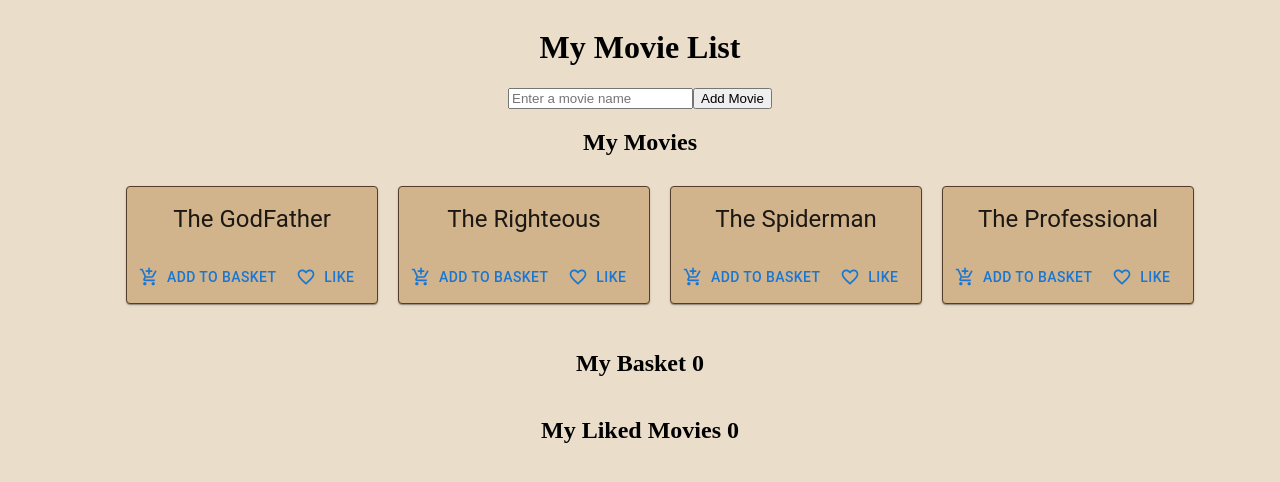
Repository: sinchana-p-iVoyant/redux-movie-store
Page: /
An editor plug-in stored every save of this project. The page is shown before and after the next save, followed by the edit.
The browser window is 1280 px wide. The pictures show the whole page.
The project was rebuilt for these pictures with package versions that can differ from the ones it lists, and the page was loaded fresh each time. Also part of the build but not shown: vite.config.ts.

Above is the page before, as saved 2024-02-15 12:31:24.

After the next save:
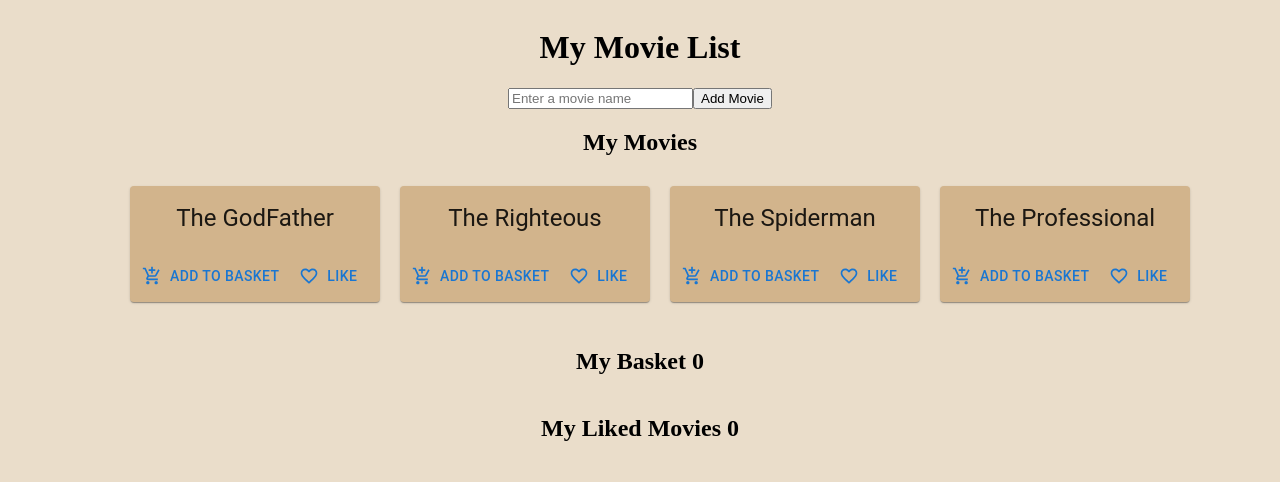
Saved 7 s later.
--- a/src/App.tsx
+++ b/src/App.tsx
@@ -73,7 +73,7 @@
         <h2>My Movies</h2>
         <ul className="movie-list">
           {movies.map((movie: Movie, index) => (
-            <Card key={index} className="movie-card" style={{backgroundColor: "#D2B48C", border: '1px solid #553c2b'}}>
+            <Card key={index} className="movie-card" style={{backgroundColor: "#D2B48C", border: '#553c2b'}}>
               <CardContent>
                 <Typography variant="h5" component='h2'>
                   {movie.title}

After the save that followed:
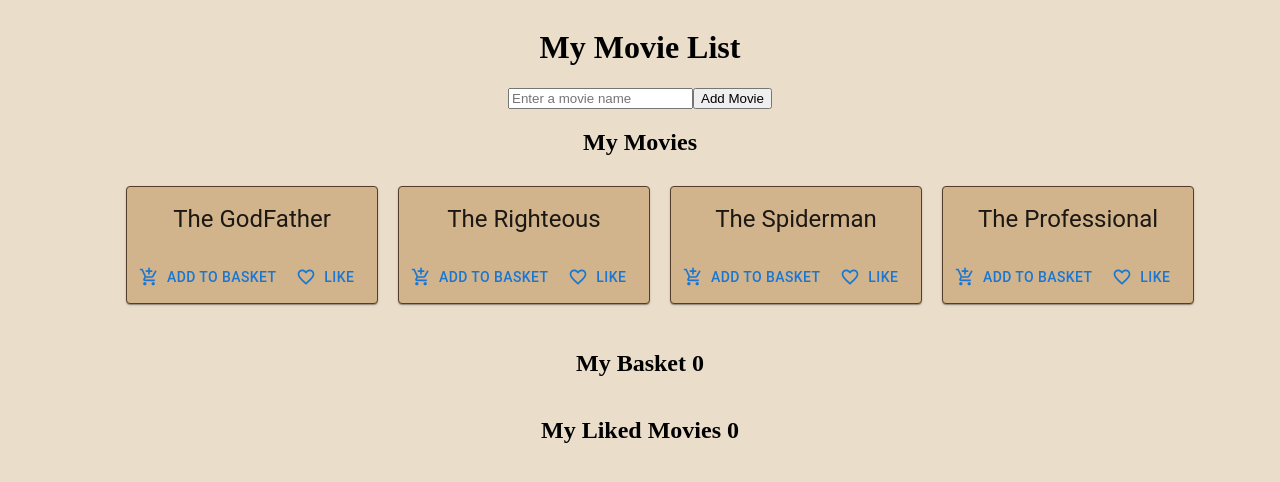
Saved 5 s later.
--- a/src/App.tsx
+++ b/src/App.tsx
@@ -73,7 +73,7 @@
         <h2>My Movies</h2>
         <ul className="movie-list">
           {movies.map((movie: Movie, index) => (
-            <Card key={index} className="movie-card" style={{backgroundColor: "#D2B48C", border: '#553c2b'}}>
+            <Card key={index} className="movie-card" style={{backgroundColor: "#D2B48C", border: '1px solid #553c2b'}}>
               <CardContent>
                 <Typography variant="h5" component='h2'>
                   {movie.title}
